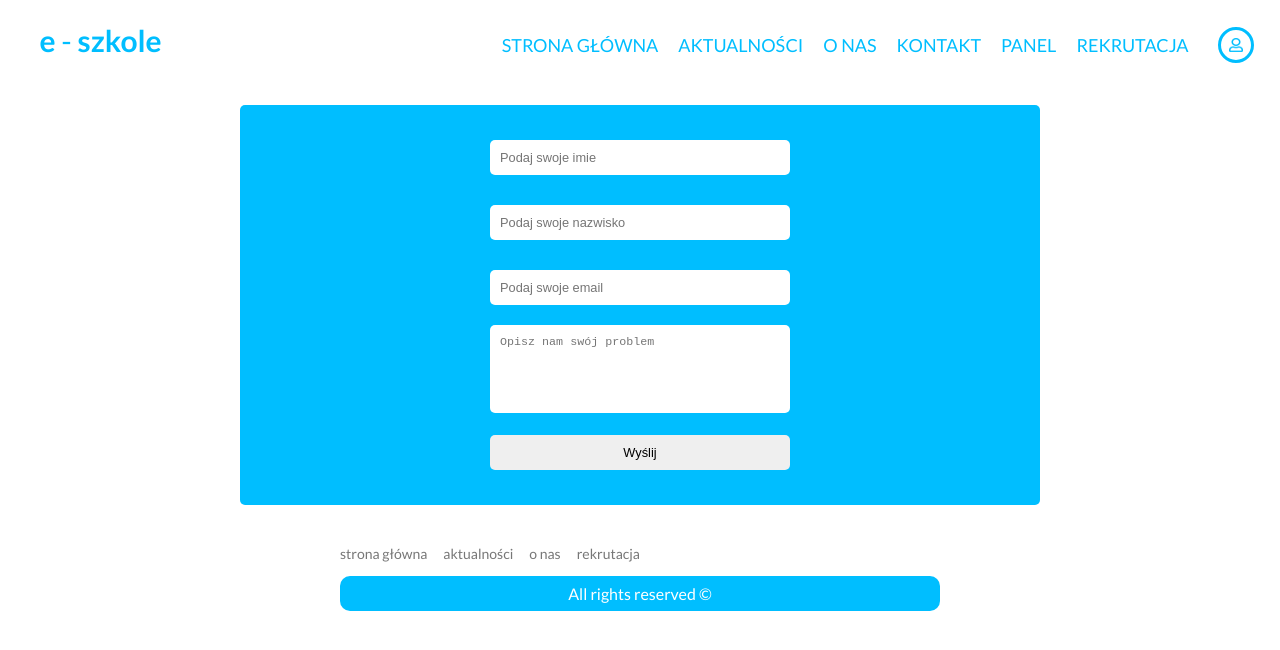
Repository: Votex874/e-szkole
Page: /kontakt (app in app/)
An editor plug-in stored every save of this project. The page is shown before and after the next save, followed by the edit.
The browser window is 1280 px wide. The pictures show the whole page.
The project was rebuilt for these pictures with package versions that can differ from the ones it lists, and the page was loaded fresh each time. Also part of the build but not shown: app/src/components/News/Title/index.js, app/src/components/News/Content/index.js, app/src/components/News/Avatar/index.js, app/src/components/News/Footer/index.js, app/src/components/SectionTitle/index.js, app/src/components/News/index.js, app/src/components/AboutUs/Content/index.js, app/src/components/AboutUs/index.js and 21 more.

Above is the page before, as saved 2019-03-11 10:09:12.

After the next save:
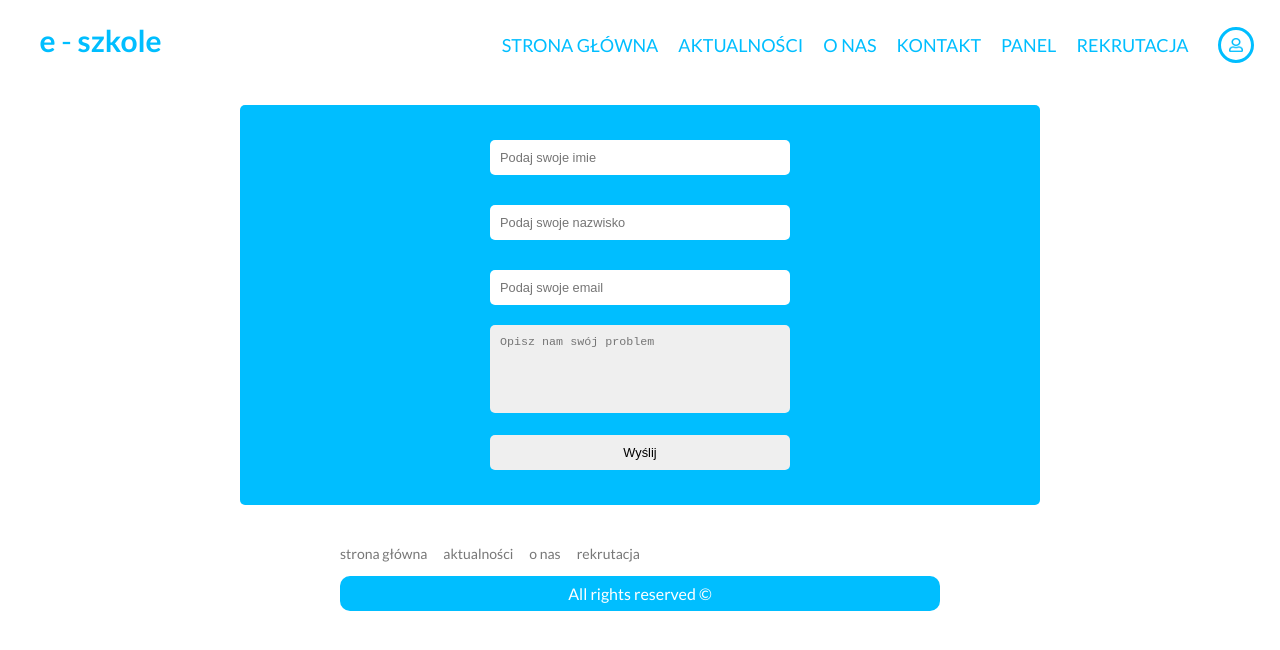
Saved 23 s later.
--- a/app/src/components/Form/Textarea/index.js
+++ b/app/src/components/Form/Textarea/index.js
@@ -16,6 +16,7 @@ const TextareaElement = styled.textarea`
   padding: 10px 0 50px 10px;
   font-size: 90%;
   border-radius: 5px;
+  background-color: #efefef;
   border: none;
   resize: none;
   @media (max-width: 767px){
